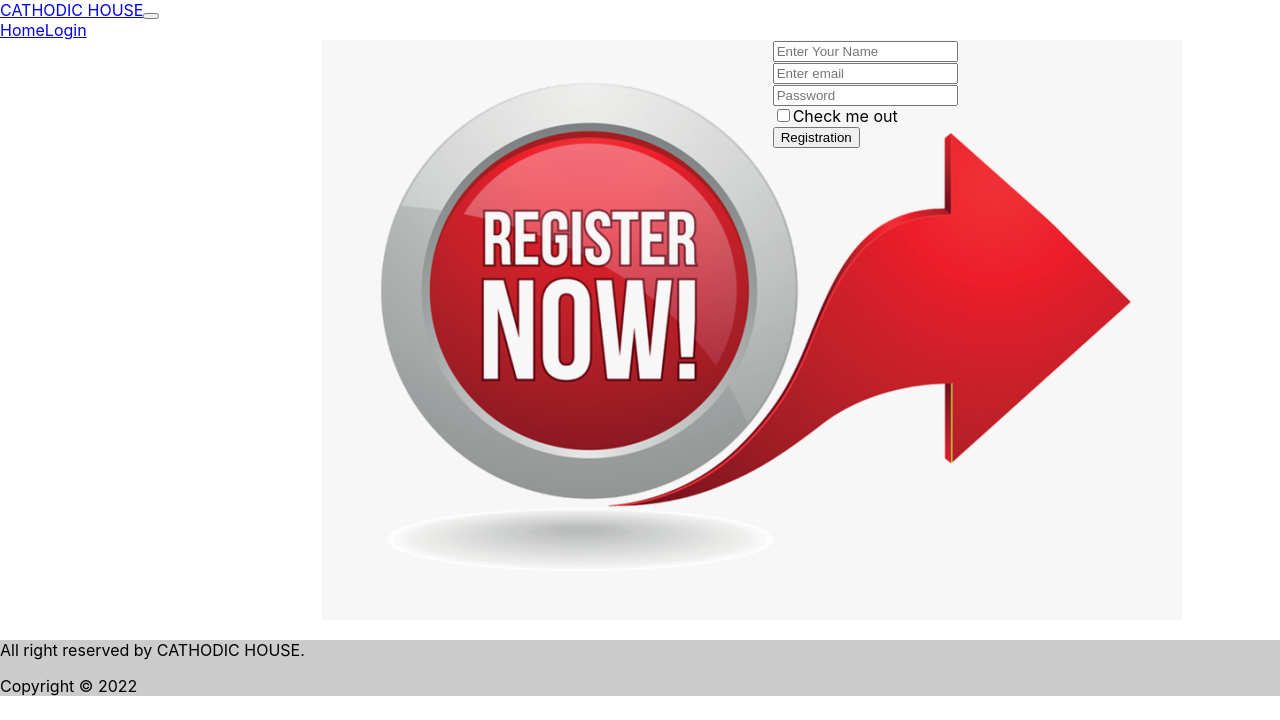
Repository: grnisna/warehouse-management-client-11
Page: /registration
The author's editor kept a copy of each file at every save. The page is drawn from the files as they stood at one save, then again after the next save.
The browser window is 1280 px wide. The pictures show the whole page.
The project was rebuilt for these pictures with package versions that can differ from the ones it lists, and the page was loaded fresh each time. Also part of the build but not shown: src/components/Login/Login/Login.js, src/components/Home/Carosel/Carosel.css, src/components/Home/Carosel/Carosel.js, src/components/Hooks/UseItems/UseItems.js, src/components/Home/Item/Item.css, src/components/Home/Item/Item.js, src/components/Home/Items/Items.css, src/components/Home/Items/Items.js and 3 more.

Above is the page before, as saved 2022-05-09 20:06:07.

### src/App.js
import { Route, Routes } from 'react-router-dom';
import Login from './components/Login/Login/Login';
import Header from './components/Home/Header/Header';
import Home from './components/Home/Home';
import ItemDetail from './components/Home/ItemDetail/ItemDetail';
import Footer from './components/Home/Footer/Footer';
import Carosel from './components/Home/Carosel/Carosel';
import { ToastContainer } from 'react-toastify';
import 'react-toastify/dist/ReactToastify.css';
import Registration from './components/Login/Registration/Registration';


function App() {
  return (
    <div>
      <Header></Header>
      <Routes>
        <Route path='/' element={<Home></Home>} ></Route>
        <Route path='/home' element={<Home></Home>} ></Route>
        <Route path='/carosel' element={<Carosel></Carosel>} ></Route>
        <Route path='/itemDetail/:itemId' element={<ItemDetail></ItemDetail>} ></Route>
        <Route path='/registration' element={<Registration></Registration>} ></Route>
        <Route path='/login' element={<Login></Login>} ></Route>
      </Routes>
      <Footer></Footer>
      <ToastContainer/>
    </div>
  );
}

export default App;

### src/components/Home/Header/Header.js
import React from 'react';
import { Container, Nav, Navbar } from 'react-bootstrap';
import { Link } from 'react-router-dom';

const Header = () => {
    return (
        <Navbar collapseOnSelect expand="lg" bg="dark" variant="dark">
            <Container>
                <Navbar.Brand as={Link} to="/home">CATHODIC HOUSE</Navbar.Brand>
                <Navbar.Toggle aria-controls="responsive-navbar-nav" />
                <Navbar.Collapse id="responsive-navbar-nav">
                    <Nav className="me-auto">
                        <Nav.Link href="#"></Nav.Link>
                        <Nav.Link href="#"></Nav.Link>

                    </Nav>
                    <Nav>
                        <Nav.Link as={Link} to="/home">Home</Nav.Link>
                        <Nav.Link eventKey={2}as={Link} to='/login'>
                            Login
                        </Nav.Link>
                    </Nav>
                </Navbar.Collapse>
            </Container>
        </Navbar>
    );
};

export default Header;

### src/components/Home/Footer/Footer.js
import React from 'react';
import './Footer.css';

const Footer = () => {
    const date = new Date().getFullYear();
    return (
        <div className='backgrond p-3 text-center' >
            <p>All right reserved by CATHODIC HOUSE.</p>
            <p><span>Copyright &copy; {date} </span></p>
        </div>
    );
};

export default Footer;

### src/components/Login/Registration/Registration.js
import React from 'react';
import { Button, Form } from 'react-bootstrap';
import { useCreateUserWithEmailAndPassword } from 'react-firebase-hooks/auth';
import image from '../../../images/registration/registration-image2.png';
import auth from '../Login/firebase/firebase.init';
import './Registration.css';

const Registration = () => {
    const [
        createUserWithEmailAndPassword,
        user,
        loading,
        error,
      ] = useCreateUserWithEmailAndPassword(auth);

      const handleSignIn = event =>{
          event.preventDefault();
          const email = event.target.email.value;
          const password = event.target.password.value;
        createUserWithEmailAndPassword(email,password);
      }
    return (
        <div className=" registration " >
            <div className='image-area' >
                <img className='img-fluid' src={image} alt="" />
            </div>

            <div>
            <Form onSubmit={handleSignIn}>
                <Form.Group className="mb-3" controlId="formBasicText">

                    <Form.Control type="text" placeholder="Enter Your Name" />
                </Form.Group>

                <Form.Group className="mb-3" controlId="formBasicEmail">

                    <Form.Control type="email" name='email' placeholder="Enter email" />
                </Form.Group>

                <Form.Group className="mb-3" controlId="formBasicPassword">

                    <Form.Control type="password" name='password' placeholder="Password" />
                </Form.Group>

                <Form.Group className="mb-3" controlId="formBasicCheckbox">
                    <Form.Check type="checkbox" label="Check me out" />
                </Form.Group>

                <Button variant="primary" type="submit">
                   Registration
                </Button>
            </Form>
            </div>
        </div>
    );
};

export default Registration;

### src/components/Login/Login/firebase/firebase.init.js
// Import the functions you need from the SDKs you need
import { initializeApp } from "firebase/app";

import { getAuth } from "firebase/auth";
// TODO: Add SDKs for Firebase products that you want to use
// https://firebase.google.com/docs/web/setup#available-libraries

// Your web app's Firebase configuration
// For Firebase JS SDK v7.20.0 and later, measurementId is optional
const firebaseConfig = {
  apiKey: process.env.REACT_APP_apiKey,
  authDomain: process.env.REACT_APP_authDomain,
  projectId: process.env.REACT_APP_projectId,
  storageBucket: process.env.REACT_APP_storageBucket,
  messagingSenderId: process.env.REACT_APP_messagingSenderId,
  appId: process.env.REACT_APP_appId,
  measurementId: process.env.REACT_APP_measurementId
};

// Initialize Firebase
const app = initializeApp(firebaseConfig);

const auth = getAuth(app);

export default auth;

### src/components/Home/Footer/Footer.css
.backgrond{
    background-color: #ccc;
}

### src/components/Login/Registration/Registration.css
.registration{
    display: flex;
    justify-content: space-evenly;

}
.image-area{
    width: 10%;
    height: auto;
}

Loaded but not shown: src/index.js (common file); src/index.css (common file); src/reportWebVitals.js (common file)

After the next save:
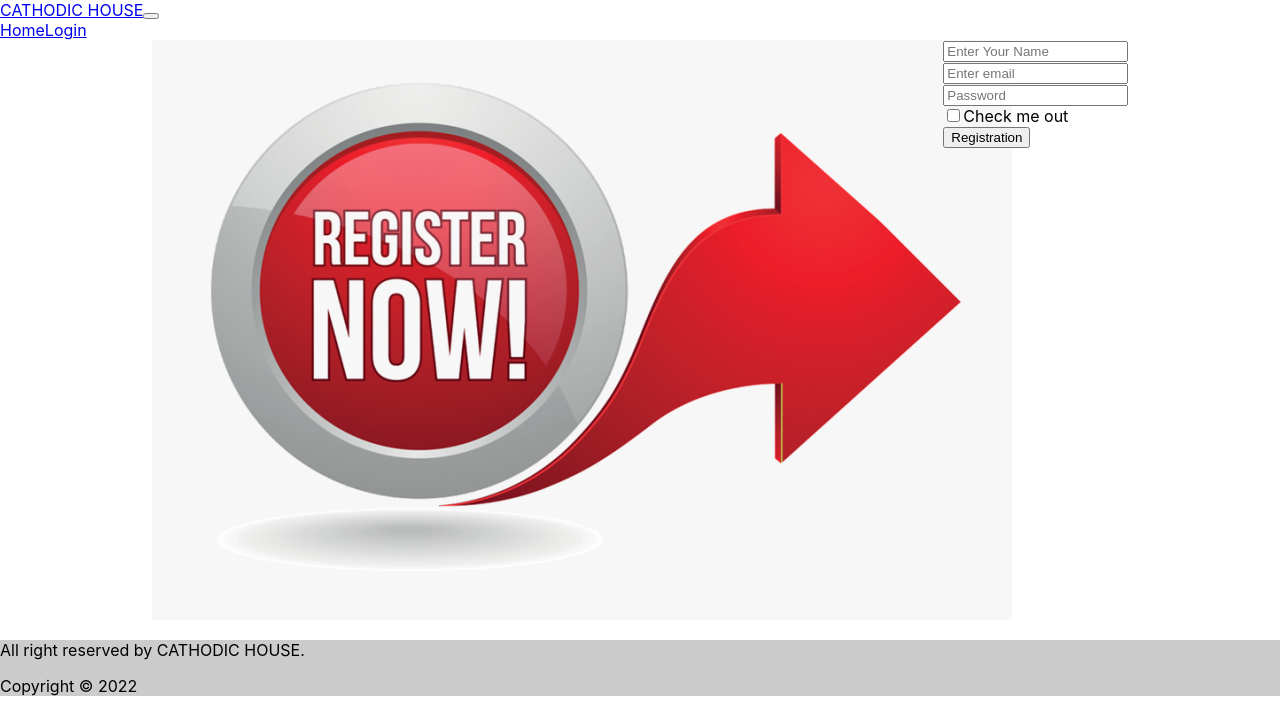
Saved 17 s later.
--- a/src/components/Login/Registration/Registration.css
+++ b/src/components/Login/Registration/Registration.css
@@ -4,6 +4,6 @@
 
 }
 .image-area{
-    width: 10%;
+    width: 50%;
     height: auto;
 }
